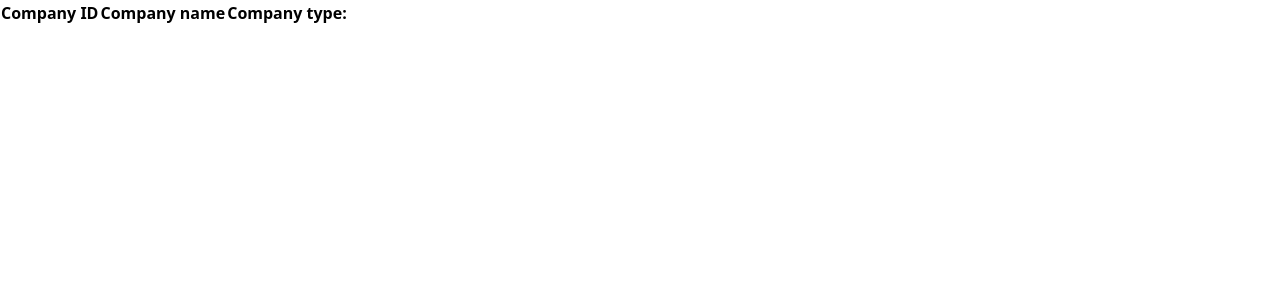
Repository: AlekJanevski/capcito
Page: /
The author's editor kept a copy of each file at every save. The page is drawn from the files as they stood at one save, then again after the next save.
The browser window is 1280 px wide. The pictures show the whole page.
The page's requests for data from a server got no answer. The project was rebuilt for these pictures with package versions that can differ from the ones it lists, and the page was loaded fresh each time. No one was signed in, and anything a server would have sent is missing.

Above is the page before, as saved 2021-02-10 19:47:18.

After the next save:
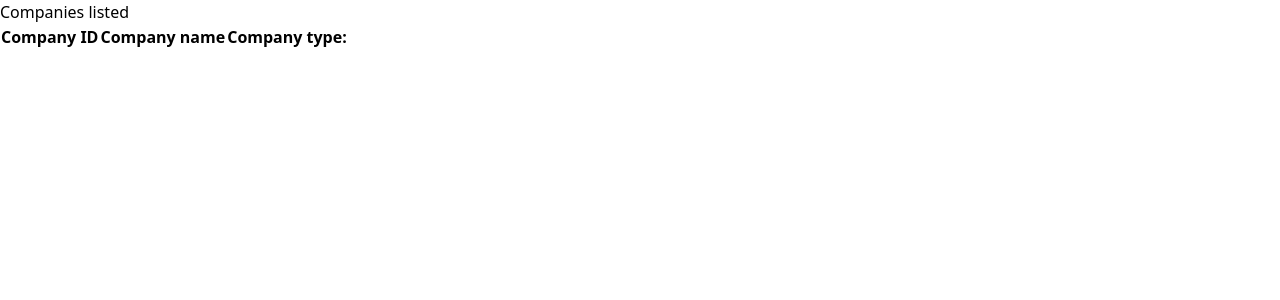
Saved 20 s later.
--- a/src/components/HelloWorld.vue
+++ b/src/components/HelloWorld.vue
@@ -1,5 +1,6 @@
 <template>
    <div>
+		 <h1> Companies listed </h1>
 		<table class="rounded-t-lg m-5 w-5/6 mx-auto bg-gray-200 text-gray-800">
 			<tr class="text-left border-b-2 border-gray-300">
 				<th class="px-4 py-3">Company ID</th>
